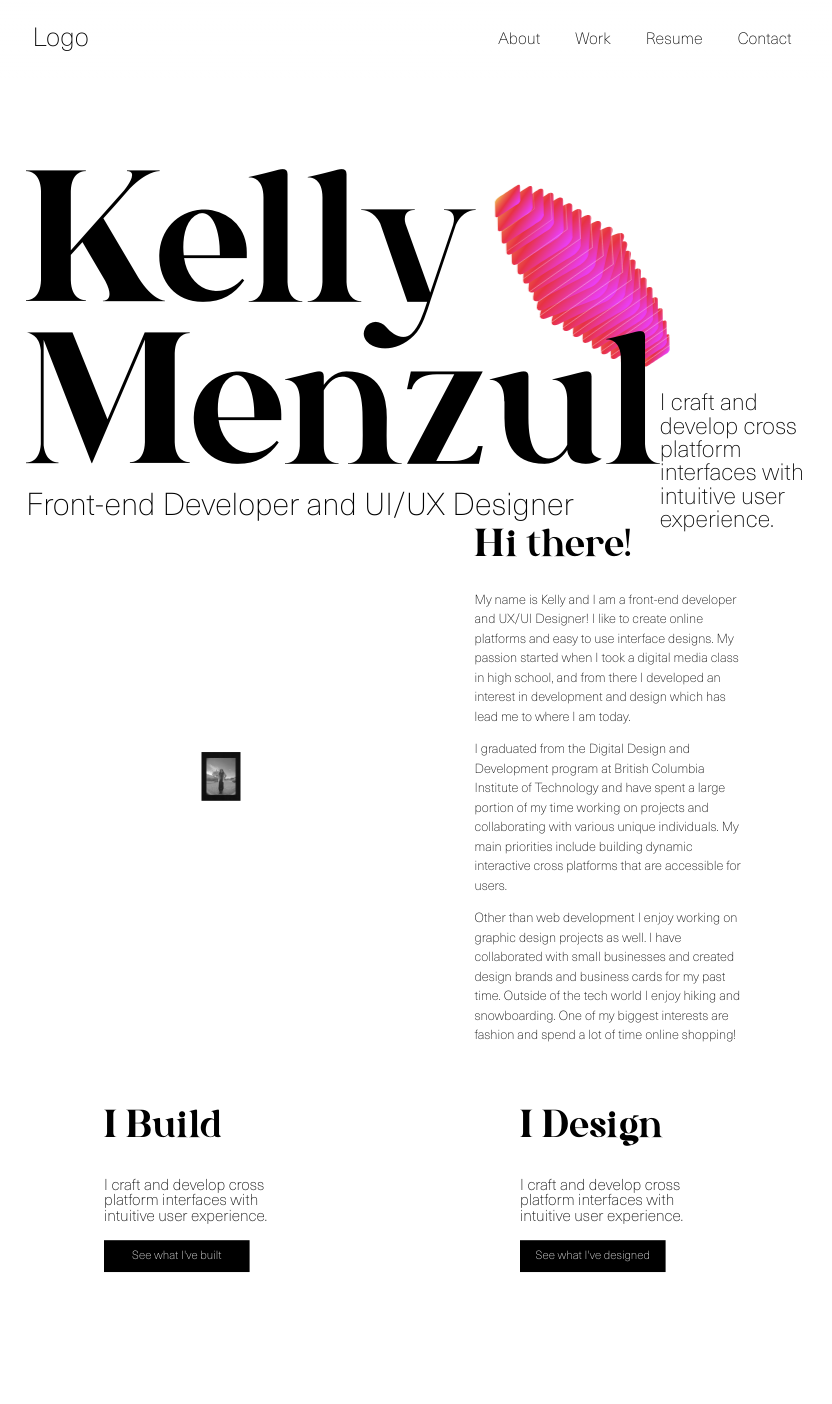
Repository: KellyMenzul/Kelly-Menzul
Page: /
The author's editor kept a copy of each file at every save. The page is drawn from the files as they stood at one save, then again after the next save.
The browser window is 1280 px wide. The pictures show the whole page, at 65% of full size.
The project was rebuilt for these pictures with package versions that can differ from the ones it lists, and the page was loaded fresh each time. The framework's server and built-in components were replaced by stand-ins that run in the browser. Also part of the build but not shown: next.config.js.

Above is the page before, as saved 2022-01-20 15:08:46.

After the next save:
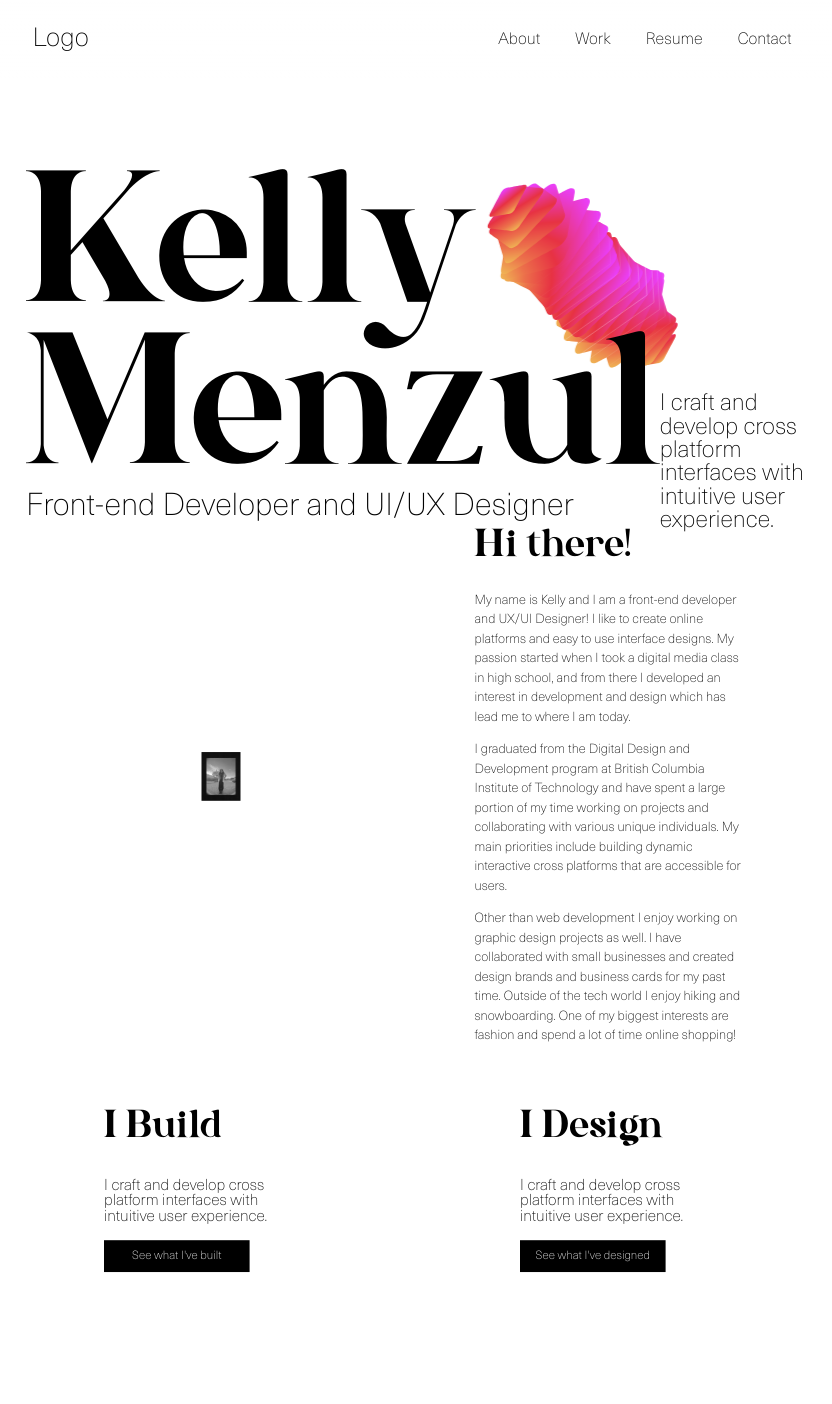
Saved 17 s later.
--- a/comps/Load/index.js
+++ b/comps/Load/index.js
@@ -23,7 +23,7 @@ const Load = ({}) => {
             animationData: require('../../public/load.json')
 
         })
-        lottie.setSpeed(0.3);
+        lottie.setSpeed(0.1);
     }, [])
 
     return <Container>
